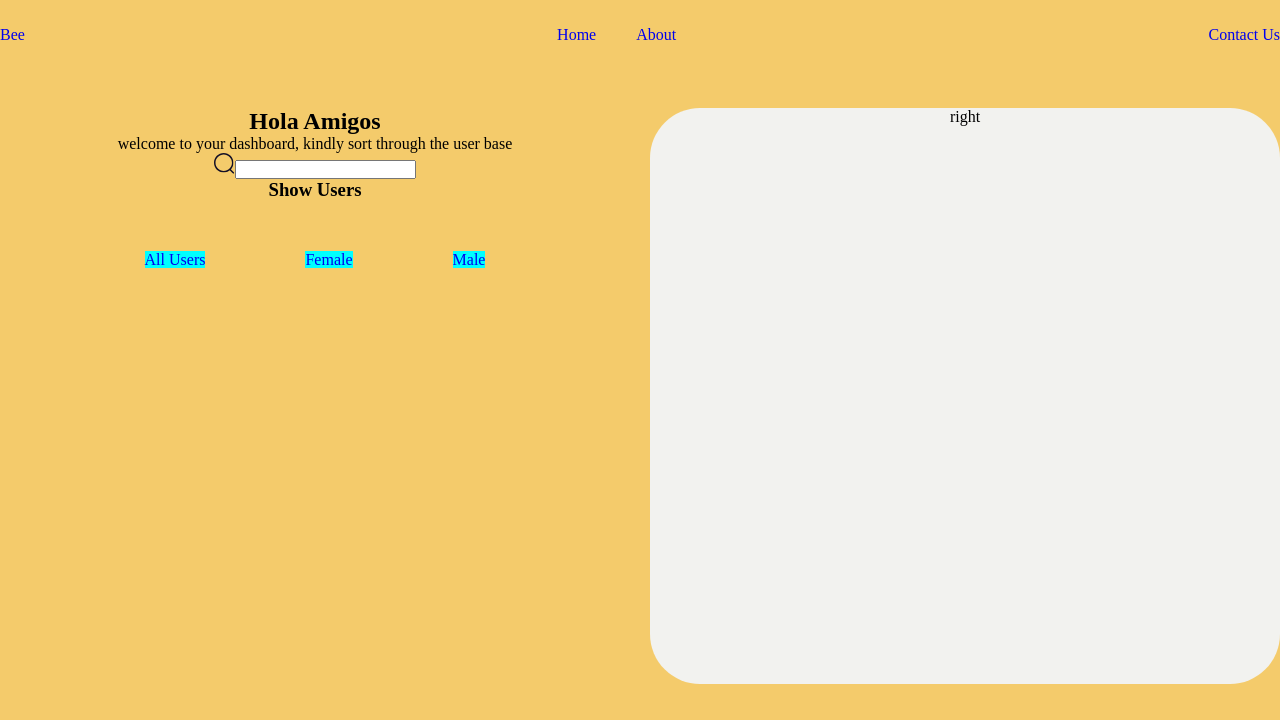
Repository: ble-syn/Random-user-generator-app
Page: /
The author's editor kept a copy of each file at every save. The page is drawn from the files as they stood at one save, then again after a run of saves.
The browser window is 1280 px wide. The pictures show the whole page.
The project was rebuilt for these pictures with package versions that can differ from the ones it lists, and the page was loaded fresh each time. Also part of the build but not shown: src/pages/About.jsx, src/pages/Policy.jsx, src/pages/Terms.jsx, src/pages/Contact.jsx, src/pages/NotFound.jsx.

Above is the page before, as saved 2022-10-26 00:54:23.

### src/index.css
*{
  margin: 0;
  padding: 0;
  box-sizing: border-box;
}
a {
  text-decoration: none;
}

body {
  background-color: #F4CB6B;
}
.container {
  width: 100%;
  max-width: 1300px;
  margin: 0 auto;

  text-align: center;
}

nav {
  display: flex;
  justify-content: space-between;
  margin: 2% 0 5%;
}
.menu {
  margin: 0 20px;
}

.home-container{
  display: flex;
  justify-content: center;
}
/* LEFT STYLES */
#left {
  flex: 5;
}
.user-link-cont {
  margin-top: 50px;
}
.user-link{
  margin: 0 50px;
  height: 100px;
  background-color: aqua;
}
#right{
  height: 80vh;
 flex: 5;
  margin-left: 20px;
  background-color: #F2F2EF;
  border-radius: 50px;
}

### src/App.js
import { BrowserRouter as Router, Routes, Route, Navigate} from "react-router-dom";
import Navbar from "./components/Navbar";
import Home from "./pages/Home";
import About from "./pages/About";
import Policy from "./pages/Policy";
import Terms from "./pages/Terms";
import Contact from "./pages/Contact";
import NotFound from "./pages/NotFound";

function App() {
  return (
    <div className="container">
      <Router>
      <Navbar />
        <Routes>
          <Route path="/" element={<Home />} />
          <Route path="/about" element={<About />}>
            <Route path="policy" element={<Policy />} />
            <Route path="terms" element={<Terms />} />
          </Route>
          <Route path="/contact" element={<Contact />} />
          <Route path="/not-found" element={<NotFound />} />
          <Route path="*" element={<Navigate to="/not-found" />} />
        </Routes>
      </Router>

    </div>
  );
}

export default App;

### src/components/Navbar.jsx
import React from "react";
import { Link } from "react-router-dom";

function Navbar() {
    return (
      <nav className="header">
        <div className="logo">
          <Link to="/">Bee</Link>
        </div>


        <div>
            <Link to="/about" className="menu">Home</Link>

            <Link to="/contact" className="menu">About</Link>
        </div>
        <div>
            <Link to="/">Contact Us</Link>
        </div>
      </nav>
    );
  }

export default Navbar;

### src/pages/Home.jsx
import React from "react";
import { Link } from "react-router-dom";
import { ReactComponent as Search } from "../assets/Search.svg"

function Home() {
  return (
    <div className="home-container">
      <div id="left">
        <h2>Hola Amigos</h2>
        <p>welcome to your dashboard, kindly sort through the user base</p>
        <form action="">
          <Search />
          <input type="text" name="" id="" />
        </form>
        <h3>Show Users</h3>
        <div className="user-link-cont">
          <Link className="user-link all-user" to="/login">All Users</Link>
          <Link className="user-link female-user" to="/register">Female</Link>
          <Link className="user-link male-user" to="/about">Male</Link>
        </div>
      </div>
      <div id="right">
        right
      </div>
    </div>
  );
}

export default Home;

Loaded but not shown: public/index.html (common file); src/index.js (common file); src/reportWebVitals.js (common file)

After the next 2 saves:
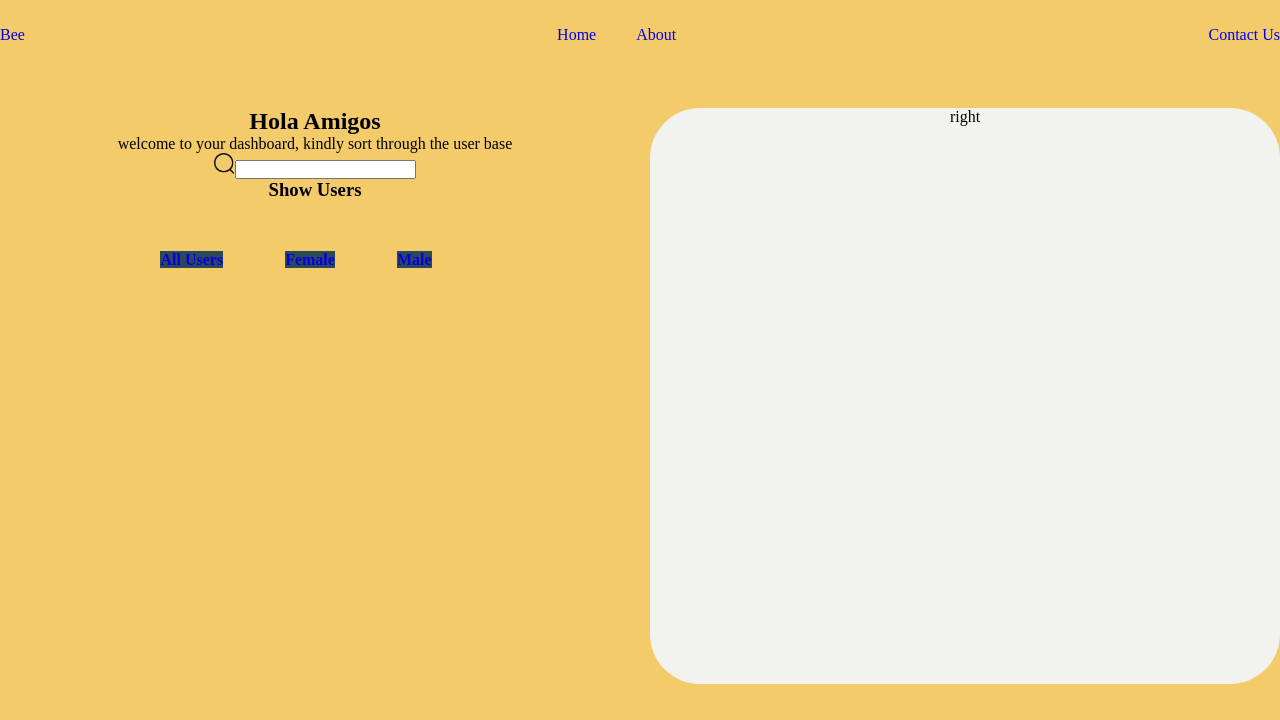
The 2 saves are shown as one change because 1 did not build or start.
The last was saved 88 s later.
--- a/src/index.css
+++ b/src/index.css
@@ -42,7 +42,14 @@ nav {
   margin: 0 50px;
   height: 100px;
   background-color: aqua;
+
+  background-color: #2F4858;
+  font-weight: 600;
+  text-align: center;
+  margin-left: 12px;
+  width: 180px;
 }
+
 #right{
   height: 80vh;
  flex: 5;

After the save that followed:
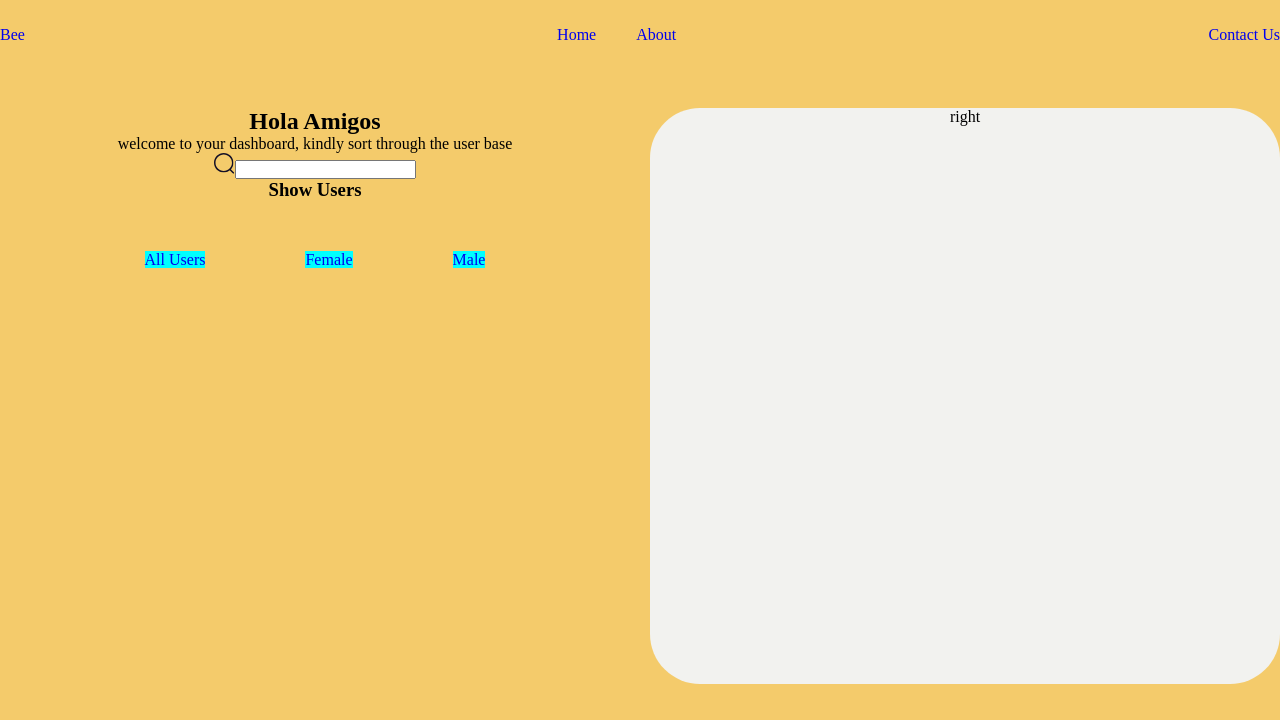
Saved 23 s later.
--- a/src/index.css
+++ b/src/index.css
@@ -42,11 +42,6 @@ nav {
   margin: 0 50px;
   height: 100px;
   background-color: aqua;
-
-  background-color: #2F4858;
-  font-weight: 600;
-  text-align: center;
-  margin-left: 12px;
   width: 180px;
 }
 
